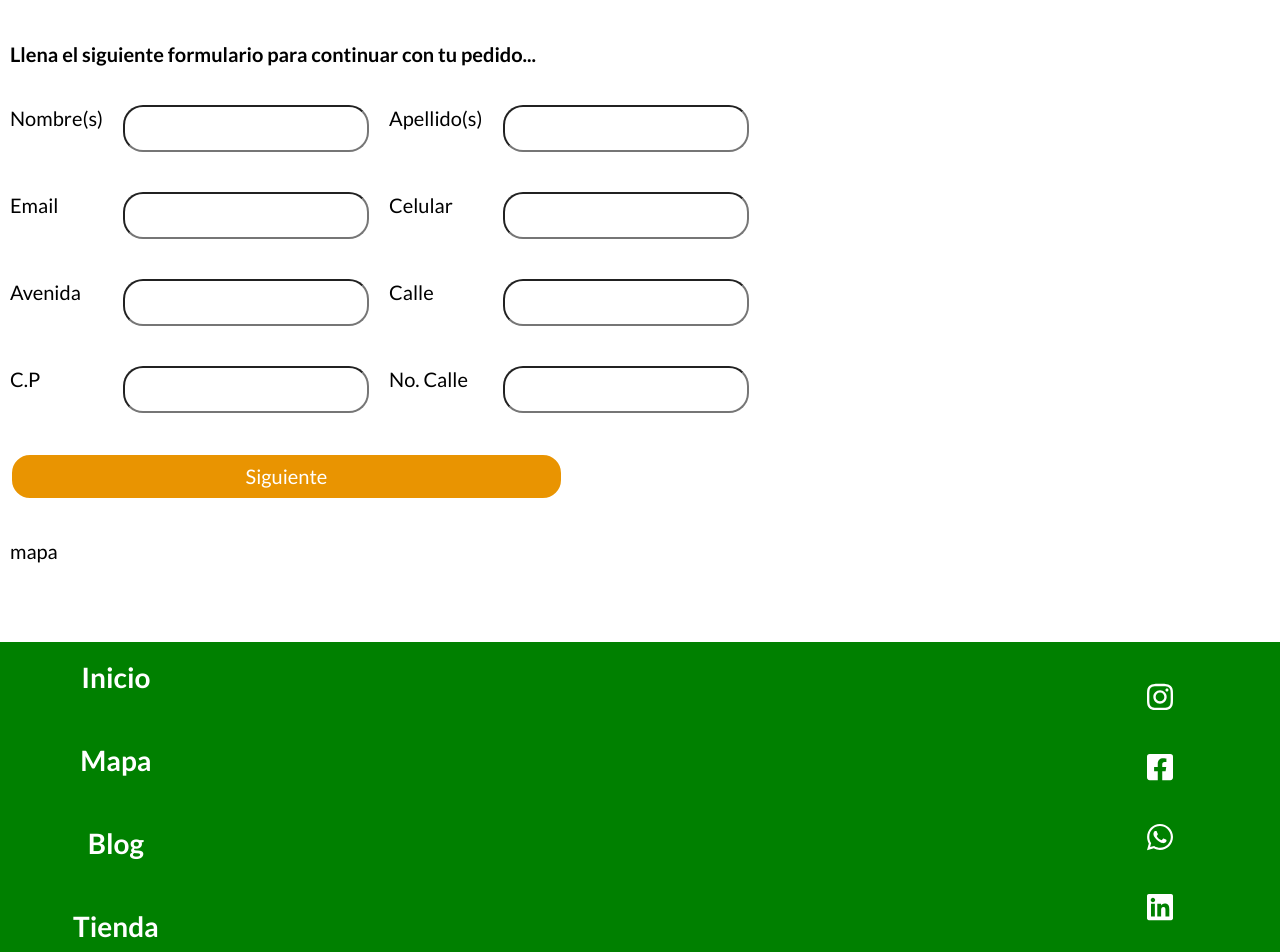
Repository: CarlosCamposRodriguez99/cv-beta-frontend
Page: /mapa
These files come from the project's save history. The page is drawn as it stood at one moment and after a run of saves; the edit follows.
The browser window is 1280 px wide. The pictures show the part of the page from y = 360 to 1312 px (the page is 1322 px tall).
Some web fonts or font styles are not loaded; a fallback is used. The project was rebuilt for these pictures with package versions that can differ from the ones it lists, and the page was loaded fresh each time. The framework's server and built-in components were replaced by stand-ins that run in the browser. Also part of the build but not shown: next.config.js.

Above is the page before, as saved 2022-05-06 18:29:56.

### pages/_app.js
import { useState, useEffect } from 'react';
import '../styles/normalize.css';
import '../styles/globals.css';

function MyApp({ Component, pageProps }) {

  const [carrito, setCarrito] = useState([]);

  useEffect(() => {
    const carritoLS = JSON.parse(localStorage.getItem('carrito')) ?? [];
    setCarrito(carritoLS);

  }, [])

  useEffect(() => {
    localStorage.setItem("carrito", JSON.stringify(carrito));

  }, [carrito])

  const agregarCarrito = (producto) => {
    if(carrito.some((articulo) => articulo.id === producto.id)) {
      const carritoActualizado = carrito.map( articulo => {
        if(articulo.id === producto.id) {
          articulo.cantidad = producto.cantidad
        }
        return articulo;
      });

      setCarrito(carritoActualizado);
    } else {
      setCarrito([...carrito, producto]);
    }
  };

  const actualizarCantidad = (producto) => {
    const carritoActualizado = carrito.map((articulo) => {
      if(articulo.id === producto.id) {
        articulo.cantidad = producto.cantidad
      }
      return articulo;
    });

    setCarrito(carritoActualizado);
  };

  const eliminarProducto = id => {
    const carritoActualizado = carrito.filter( articulo => articulo.id !== id)
    setCarrito(carritoActualizado);
  }


  return <Component {...pageProps}
    carrito={carrito}
    agregarCarrito={agregarCarrito}
    actualizarCantidad={actualizarCantidad}
    eliminarProducto={eliminarProducto}

  />
}

export default MyApp

### pages/mapa.js
import Layout from '../components/Layout';
import styles from '../styles/Mapa.module.css';

const Mapa = () => {
  return (
    <Layout
      pagina='Mapa'
    >
      <div className={styles.head}>
        <h2 className={styles.titulo}>Formulario</h2>
        <p className={styles.descripcion}>Llena el siguiente formulario para continuar con tu pedido...</p>
        <form>
          <div className={styles.contenido}>
            <label
              className="block uppercase text-slate-800 font-bold text-xl"
              htmlFor="nombre"
            >Nombre(s) </label>

              <input
                type="text"
                id="nombre"
                className={styles.borde}
              />

            <label
              className="block uppercase text-slate-800 font-bold text-xl"
              htmlFor="apellido"
            >Apellido(s) </label>

              <input
                type="text"
                id="apellido"
                className={styles.borde}
              />

            <label
              className="block uppercase text-slate-800 font-bold text-xl"
              htmlFor="email"
            >Email </label>

              <input
                type="text"
                id="email"
                className={styles.borde}
              />

            <label
              className="block uppercase text-slate-600 font-bold text-xl"
              htmlFor="celular"
            >Celular </label>

              <input
                type="text"
                id="celular"
                className={styles.borde}
              />

            <label
              className="block uppercase text-slate-600 font-bold text-xl"
              htmlFor="avenida"
            >Avenida</label>

              <input
                type="text"
                id="avenida"
                className={styles.borde}
              />

            <label
              className="block uppercase text-slate-600 font-bold text-xl"
              htmlFor="calle"
            >Calle </label>

              <input
                type="text"
                id="calle"
                className={styles.borde}
              />

            <label
              className="block uppercase text-slate-600 font-bold text-xl"
              htmlFor="codigoPostal"
            >C.P </label>

              <input
                type="text"
                id="codigoPostal"
                className={styles.borde}
              />

            <label
              className="block uppercase text-slate-600 font-bold text-xl"
              htmlFor="numeroCalle"
            >No. Calle </label>

              <input
                type="text"
                id="numeroCalle"
                className={styles.borde}
              />
          </div>
        </form>


        <div className={styles.campo}>
          <input
            value="Siguiente"
            className={styles.boton}
            type="submit"

          />
        </div>
      </div>

      <div className={styles.head}>
        <div className={styles.contenido}>
          <p>mapa</p>
        </div>

      </div>



    </Layout>


  )
}

export default Mapa;


// css-border: en input: "bg-gray-200 w-full lg:w-1/3 mt-3 p-2 rounded-md"

### styles/globals.css
@import url('https://fonts.googleapis.com/css2?family=Lato:ital,wght@0,700;1,400&family=Roboto+Slab:wght@400;700&display=swap');
@import url('https://fonts.googleapis.com/css2?family=Lato:wght@400;700;900&family=Libre+Bodoni:ital,wght@1,600;1,700&display=swap');

:root {
  --primary: #e99401;
  --negro: #262626;
  --verde: #008000;
  --blanco: #FFF;
  --fuente-principal: 'Outfit', sans-serif;
}
html {
  font-size: 62.5%;
  box-sizing: border-box;
}

@media(max-width:1200px) {
  html {
    display: flex;
    flex: 1;
  }
}
/*IPAD*/
@media(max-width:820px) {
  .html {
    display: flex;
  }
}
/*IPHONE 7 8 */
@media(min-width:300px) {
  .html {
    display: flex;
    flex: 1;
  }
}

*, *:before, *:after {
  box-sizing: inherit;
}
body {
  font-size: 2rem;
  font-family: 'Lato', sans-serif;
  line-height: 1.1;
}
img {
  max-width: 100%;
}
h1, h2, h3 {
  font-family: 'Lato', sans-serif;
  font-weight: 700;
}
[class*="contenedor"] {
  max-width: 120rem;
  margin: 0 auto;
  width: 90%;
}


[class*="heading"] {
  font-family: 'Libre Bodoni', serif; /* */
  font-size: 4rem;
  text-align: center;
  font-weight: 900;
  color: var(--primary);
  margin: 5rem 0;
}

### components/Layout.js
import Head from 'next/head'
import Header from './Header';
import Footer from './Footer';

const Layout = ({children, pagina, guitarra}) => {
  return (
    <div>
      <Head>
        <title>Plantas Tienda- {pagina}</title>
        <meta name="description" content="Sitio web de venta de plantas"/>
      </Head>

      <Header
        guitarra={guitarra}
      />

      {children}

      <Footer />

    </div>
  )
}

Layout.defaultProps = {
  guitarra: null
}

export default Layout;

### styles/Mapa.module.css
.titulo {
  font-family: 'Libre Bodoni', serif; /* */
  font-size: 4rem;
  text-align: center;
  font-weight: 900;
  color: var(--primary);
  margin: 5rem 0;
}

.descripcion {
  font-size: 2rem;
  font-weight: 700;
}

@media(min-width: 300px) {
  .descripcion {
    text-align: left;
  }
}

@media(min-width: 1200px) {
  .descripcion {
    text-align: left;
  }
}

.head {
  max-width: 120rem;
  margin: 2rem 2rem 0 1rem;
  width: 90%;
  display: grid;
}

.campo {
  width: 50%;
}

@media(min-width: 300px) {
  .campo {
    width: 100%;
    justify-content: center;
  }
}

@media(min-width: 1200px) {
  .campo {
    width: 40%;
  }
}

.boton {
  background-color: var(--primary);
  border: 2px solid #FFF;
  width: 120%;
  cursor: pointer;
  color: var(--blanco);
  justify-content: center;
  margin-top: 4rem;
  padding: 1rem;
  border-radius: 2rem;
  -webkit-border-radius: 2rem;
  -moz-border-radius: 2rem;
  -ms-border-radius: 2rem;
  -o-border-radius: 2rem;
}

.boton:hover {
  background-color: var(--negro);
  color: var(--blanco);
}

.borde {
  background-color: var(--blanco);
  margin-top: 2rem;
  padding: 1rem;
  border-radius: 2rem;
  -webkit-border-radius: 2rem;
  -moz-border-radius: 2rem;
  -ms-border-radius: 2rem;
  -o-border-radius: 2rem;
}

.contenido {
  display: grid;
  gap: 4rem;
  width: 50%;
}


/*aqui el mapa perro */
.campomapa {
    gap: 4rem;
    display: grid;
    align-items: center;
    width: 100%;
}


@media(min-width: 300px) {
  .contenido {
    gap: 4rem;
    display: grid;
    grid-template-columns: repeat(2, 1fr);
    align-items: center;
  }
}

@media(min-width: 820px) {
  .contenido {
    gap: 2rem;
    display: grid;
    width: 30%;
  }
}

@media(min-width:1200px) {
  .contenido {
    grid-template-columns: repeat(4, 1fr);
    align-items: center;
  }
}

### components/Header.js
import Link from 'next/link'
import Image from 'next/image'
import { useRouter } from 'next/router'
import styles from "../styles/Header.module.css"

const Header = ({guitarra}) => {
  const router = useRouter()
  return (
      <header className={styles.header}>
      <div className="contenedor">
        <div className={styles.barra}>
          <Link href="/">
            <a><Image
              width={100}
              height={100}
              src="/img/logo.png"
              layout='fixed'
              alt="Imagen logo" />
            </a>
          </Link>


          <nav className={styles.navegacion}>
            <Link href="/">Inicio</Link>
            <Link href="/mapa">Mapa</Link>
            <Link href="/blog">Blog</Link>
            <Link href="/tienda">Tienda</Link>
            <Link href="/carrito">
              <a>
                <Image layout="fixed" width={30} height={25} src="/img/carrito.png" alt="Imagen carrito"/>
              </a>
            </Link>
          </nav>
        </div>

        {guitarra && (
          <div className={styles.modelo}>
            <h1>Promoción Especial</h1>
            <p>{guitarra.descripcion}</p>
            <p className={styles.precio}>${guitarra.precio}</p>
            <Link href={`/guitarras/${guitarra.url}`}>
              <a className={styles.enlace}>
                  Ver Producto
              </a>
            </Link>
          </div>
        )}
      </div>

      {router.pathname === '/' && (
        <div className={styles.guitarra}>
          <Image layout='fixed' width={500} height={1200} src='/img/' alt='imagen planta header' />
        </div>
      )}


      </header>
  )
}

export default Header;

### components/Footer.js
import Link from 'next/link'
import styles from '../styles/Footer.module.css'

const Footer = () => {

  const year = new Date().getFullYear();

  return (
    <footer className={styles.footer}>
      <div className={`contenedor ${styles.contenido}`}>
          <nav className={styles.navegacion}>
            <Link href="/">Inicio</Link>
            <Link href="/mapa">Mapa</Link>
            <Link href="/blog">Blog</Link>
            <Link href="/tienda">Tienda</Link>
          </nav>


          <ul className={styles.ul}>
            <li className={styles.list}>
              <a
                className={styles.iconoInsta}
                href="https://www.instagram.com/"
              ></a>
              <a
                className={styles.iconoFace}
                href="https://www.facebook.com/"
              ></a>
              <a
                className={styles.iconoWhats}
                href="https://web.whatsapp.com/"
              ></a>
              <a
                className={styles.iconoLinke}
              ></a>
            </li>
          </ul>

      </div>
    </footer>
  )
}

export default Footer;

### styles/Header.module.css
.header {
  background-image: linear-gradient(to right, rgba(10, 20, 10, 0.7), rgba(10, 10, 10, 0.4)), url(../public/img/background3.jpg);
  background-size: cover;
  background-position: 50%;
  padding: 5rem 0;
  position: relative;
}

/*IPAD*/
@media(max-width:820px) {
  .html {
    flex: 1;
  }
}

/*IPHONE 6,7,8*/
@media(min-width:300px) {
  .html {
    display: flex;
    flex: 1;
  }
}

.barra {
  display: flex;
  flex-direction: column;
  align-items: center;
}
@media(min-width:400px) {
  .barra {
    margin-right: 6rem 3rem;
  }
}
@media(min-width:768px) {
  .barra {
    flex-direction: row;
    justify-content: space-between;
  }
}
.navegacion {
  margin-top: 5rem;
  display: flex;
  gap: 2rem;
  position: relative;
  z-index: 1;
}
@media(min-width:768px) {
  .navegacion {
    margin-top: 0;
  }
}
@media(min-width:300px) {
  .navegacion {
    margin: 4rem 0;
  }
}
.navegacion a {
  color: var(--blanco);
  text-decoration: none;
  font-size: 1.8rem;
  font-weight: 700;
  text-transform: uppercase;
  padding: .5rem;
  transition-property: background-color;
  transition-duration: .8s;
}
.navegacion a:hover {
  background-color: var(--primary);
}
.modelo {
  color: var(--blanco);
  margin-top: 5.2rem;
  text-align: center;
}
@media(min-width:768px) {
  .modelo {
    text-align: left;
    width: 50%;
  }
}

.modelo h1 {
  font-size: 5rem;
  font-weight: 600;
  color: var(--blanco);
  font-family: 'Libre Bodoni', serif;
}

.modelo p:first-of-type {
  display: -webkit-box;
  -webkit-box-orient: vertical;
  -webkit-line-clamp: 3;
  overflow: hidden;
  font-size: 2.2rem;
}
.precio {
  font-size: 6rem;
  color: var(--primary);
  font-weight: 900;
  line-height: 0;
}
.enlace {
  margin-top: 2rem;
  text-decoration: none;
  text-align: center;
  text-transform: uppercase;
  font-size: 1.2rem;
  font-weight: 900;
  color: var(--blanco);
  border: 2px solid var(--primary);
  padding: 1rem 5rem;
  transition-property: background-color;
  transition-duration: .5s;
}
.enlace:hover {
  background-color: var(--primary);
  color: var(--blanco);
}
.guitarra {
  display: none;
}
@media(min-width:992px) {
  .guitarra {
    display: block;
    position: absolute;
    right: 0;
    bottom: -10px;
    animation-name: mostrarImagen;
    animation-duration: 1s;
    animation-iteration-count: 2;
    animation-delay: 0s;
    animation-timing-function: ease-in-out;
  }
}

@keyframes mostrarImagen {
  0% {
    opacity: 0;
    transform: translateX(-10rem);
}
  50% {
    opacity: 0;
  }

  100% {
    opacity: 1;
    transform: translateX(0);
  }
}

### styles/Footer.module.css
.footer {
  background-color: var(--verde);
  padding: 2rem 1rem;
  margin-top: 6rem;
  display: flex;
}
@media(min-width:768px) {
  .contenido {
    display: flex;
    justify-content: space-between;
    gap: 4rem;
  }
}

.navegacion {
  display: flex;
  flex-direction: row;
  align-items: center;
}

@media(min-width: 768px) {
  .navegacion {
    flex-direction: row;
    gap: 6rem;
    justify-content: space-between;
  }
}
@media(min-width: 1200px) {
  .navegacion {
    display: flex;
    flex-direction: row;
    gap: 4rem;
  }
}
@media(min-width:640px) {
  .navegacion {
    flex-direction: column;
    gap: 2rem;
  }
}
@media(min-width:300px) {
  .navegacion {
    flex-direction: column;
    gap: 4rem;
  }
}
.navegacion a {
  text-decoration: none;
  font-size: 2.8rem;
  color: var(--blanco);
  font-weight: 700;
}

.navegacion a:hover {
  color: var(--primary);
}

.copyright {
  display: flex;
  flex-direction: row;
  align-items: center;
  color: var(--blanco);
  text-align: center;
  font-size: 2.5rem;
  font-weight: 500;
}
@media(min-width:1200px) {
  .copyright {
    flex-direction: column;
    align-items: center;
    text-align: center;
    font-size: 1em;
    font-weight: 100;
  }
}
@media(min-width:640px) {
  .copyright {
    flex-direction: column;
    align-items: center;
    text-align: center;
    font-size: 1em;
    font-weight: 100;
  }
}
.list {
  display: flex;
  gap: 4rem;
  flex-direction: column;
  align-items: center;
}
@media(min-width:1200px) {
  .list {
    flex-direction: column;
  }
}

.iconoInsta {
  background-image: url("../public/img/instagram-brands.svg");
  padding: 3rem;
  cursor: pointer;
  padding-bottom: 0;
  background-repeat: no-repeat;
}
.iconoFace {
  background-image: url("../public/img/facebook-square-brands.svg");
  padding: 3rem;
  cursor: pointer;
  padding-bottom: 0;
  background-repeat: no-repeat;
}
.iconoWhats {
  background-image: url("../public/img/whatsapp-brands.svg");
  padding: 3rem;
  cursor: pointer;
  padding-bottom: 0;
  background-repeat: no-repeat;
}
.iconoLinke {
  background-image: url("../public/img/linkedin-brands.svg");
  padding: 3rem;
  cursor: pointer;
  padding-bottom: 0;
  background-repeat: no-repeat;
}

Loaded but not shown: styles/normalize.css (library)

After the next 2 saves:
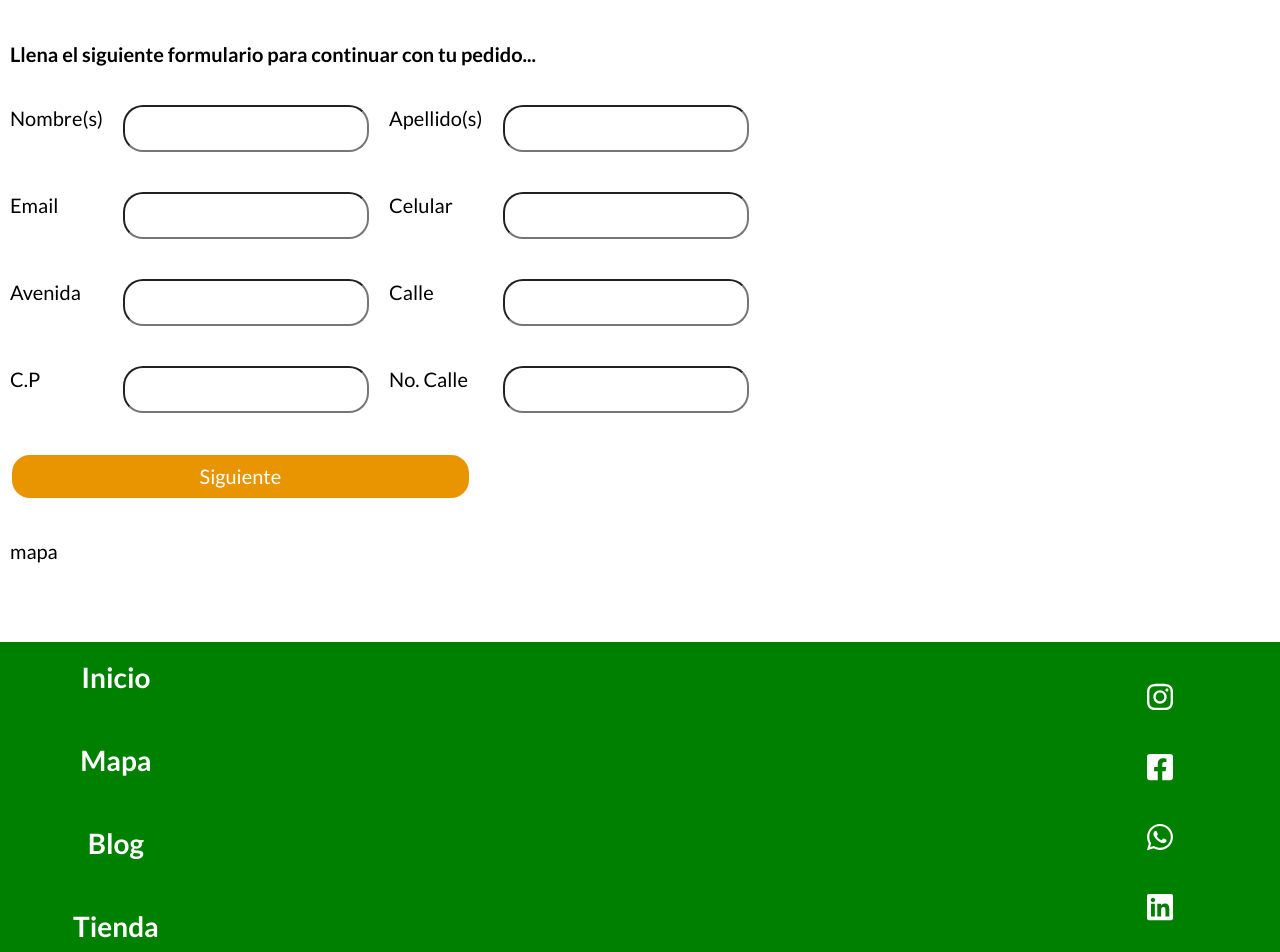
The 2 saves are shown as one change because they came seconds apart.
The last was saved 9 s later.
--- a/styles/Mapa.module.css
+++ b/styles/Mapa.module.css
@@ -51,7 +51,7 @@
 .boton {
   background-color: var(--primary);
   border: 2px solid #FFF;
-  width: 120%;
+  width: 100%;
   cursor: pointer;
   color: var(--blanco);
   justify-content: center;
